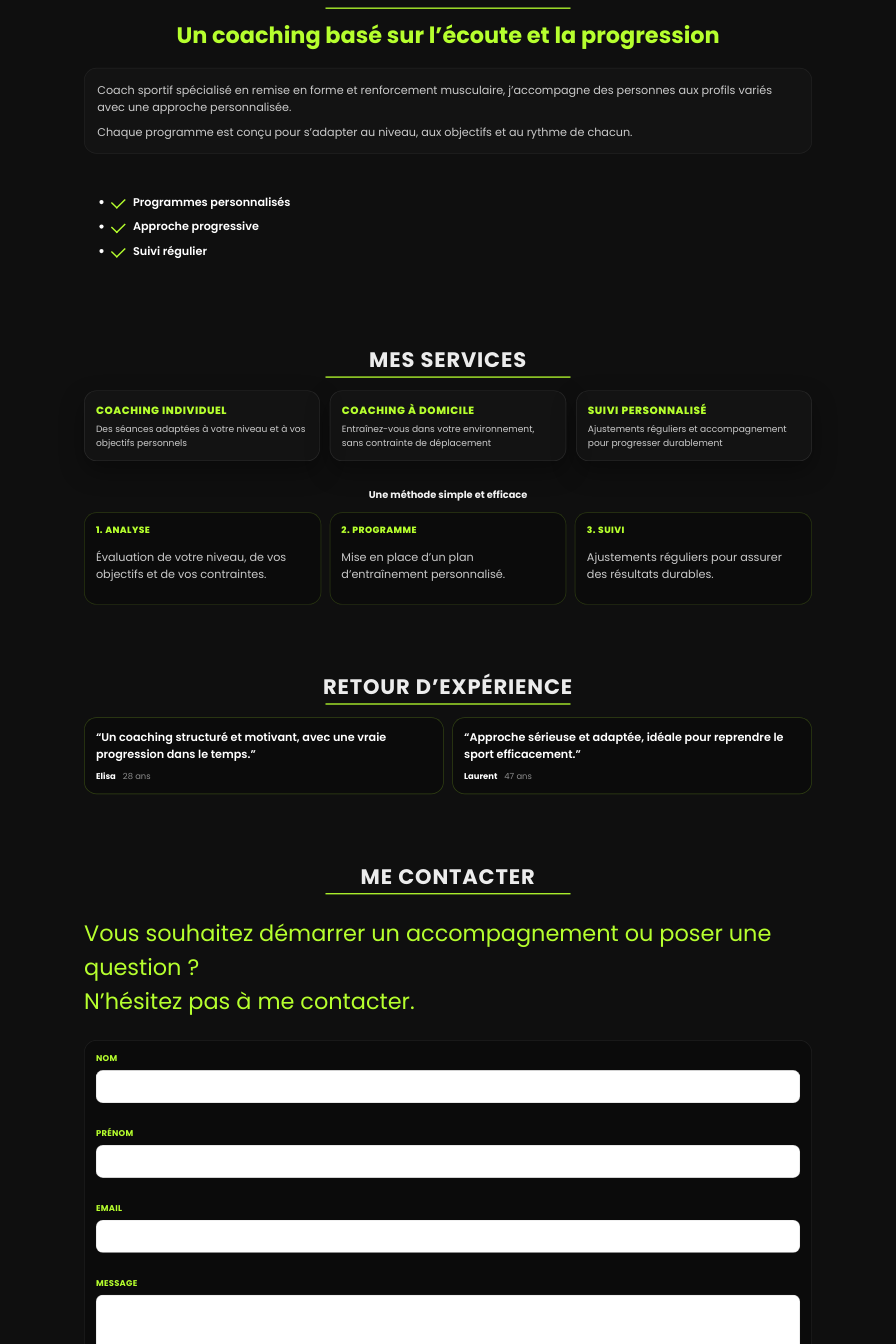
Repository: ThomasHdrd/CoachFitness
Page: index.html
An editor plug-in stored every save of this project. The page is shown before and after the next save, followed by the edit.
The browser window is 1280 px wide. The pictures show the part of the page from y = 584 to 2504 px (the page is 3280 px tall before and 3282 px after), at 70% of full size.

Above is the page before, as saved 2026-01-20 22:14:00.

### index.html
<!doctype html>
<html lang="fr">
<head>
  <meta charset="utf-8" />
  <meta name="viewport" content="width=device-width, initial-scale=1" />
  <title>Coach Fitness — Landing Page</title>

  <!-- Poppins -->
  <link rel="preconnect" href="https://fonts.googleapis.com">
  <link rel="preconnect" href="https://fonts.gstatic.com" crossorigin>
  <link href="https://fonts.googleapis.com/css2?family=Poppins:wght@300;400;500;600;700;800&display=swap" rel="stylesheet">

  <link rel="stylesheet" href="styles.css" />
</head>
<body>
  <!-- Header -->
  <header class="site-header" id="top">
    <div class="container header-inner">
      <a class="brand" href="#top" aria-label="Retour en haut">
        <span class="brand-dot" aria-hidden="true"></span>
        <span class="brand-text">Coach Fitness</span>
      </a>

      <button class="nav-toggle" aria-controls="site-nav" aria-expanded="false">
        <span class="sr-only">Ouvrir le menu</span>
        <span class="burger" aria-hidden="true"></span>
      </button>

      <nav class="site-nav" id="site-nav" aria-label="Navigation principale">
        <a class="nav-link" href="#accueil">Accueil</a>
        <a class="nav-link" href="#apropos">A propos</a>
        <a class="nav-link" href="#services">Services</a>
        <a class="nav-link" href="#avis">Avis</a>
        <a class="nav-link nav-cta" href="#contact">Contact</a>
      </nav>
    </div>
  </header>

  <main>
    <!-- HERO -->
    <section class="hero" id="accueil">
      <div class="hero-overlay" aria-hidden="true"></div>
      <div class="container hero-content">
        <p class="hero-kicker">Coaching sportif personnalisé</p>
        <h1 class="hero-title accent">Atteignez vos objectifs. Progressez durablement</h1>
        <p class="hero-subtitle">
          Un accompagnement sportif sur mesure, adapté à votre niveau et à votre rythme
        </p>
        <a class="btn btn-primary" href="#contact">RÉSERVER VITE VOTRE BILAN GRATUIT</a>
      </div>
    </section>

    <!-- A PROPOS -->
    <section class="section" id="apropos">
      <div class="container">
        <h2 class="section-title">A PROPOS DU COACH</h2>
        <h3 class="section-lead accent">Un coaching basé sur l’écoute et la progression</h3>

        <div class="about-grid">
          <div class="about-text">
            <p class="muted">
              Coach sportif spécialisé en remise en forme et renforcement musculaire, j’accompagne des personnes aux profils variés
              avec une approche personnalisée.
            </p>
            <p class="muted">
              Chaque programme est conçu pour s’adapter au niveau, aux objectifs et au rythme de chacun.
            </p>
          </div>
        </div>
        <div class="about-list">
            <ul class="checks">
                <li>Programmes personnalisés</li>
                <li>Approche progressive</li>
                <li>Suivi régulier</li>
            </ul>
        </div>
      </div>
    </section>

    <!-- SERVICES -->
    <section class="section" id="services">
      <div class="container">
        <h2 class="section-title">MES SERVICES</h2>

        <div class="cards">
          <article class="card">
            <h3 class="card-title accent">COACHING INDIVIDUEL</h3>
            <p class="card-text">Des séances adaptées à votre niveau et à vos objectifs personnels</p>
          </article>

          <article class="card">
            <h3 class="card-title accent">COACHING À DOMICILE</h3>
            <p class="card-text">Entraînez-vous dans votre environnement, sans contrainte de déplacement</p>
          </article>

          <article class="card">
            <h3 class="card-title accent">SUIVI PERSONNALISÉ</h3>
            <p class="card-text">Ajustements réguliers et accompagnement pour progresser durablement</p>
          </article>
        </div>

        <div class="method">
          <h3 class="method-title">Une méthode simple et efficace</h3>

          <div class="method-steps">
            <div class="step">
              <div class="step-num accent">1. ANALYSE</div>
              <p class="muted">Évaluation de votre niveau, de vos objectifs et de vos contraintes.</p>
            </div>
            <div class="step">
              <div class="step-num accent">2. PROGRAMME</div>
              <p class="muted">Mise en place d’un plan d’entraînement personnalisé.</p>
            </div>
            <div class="step">
              <div class="step-num accent">3. SUIVI</div>
              <p class="muted">Ajustements réguliers pour assurer des résultats durables.</p>
            </div>
          </div>
        </div>
      </div>
    </section>

    <!-- AVIS -->
    <section class="section" id="avis">
      <div class="container">
        <h2 class="section-title">RETOUR D’EXPÉRIENCE</h2>

        <div class="testimonials">
          <figure class="testimonial">
            <blockquote>
              “Un coaching structuré et motivant, avec une vraie progression dans le temps.”
            </blockquote>
            <figcaption>
              <span class="name">Elisa</span>
              <span class="meta">28 ans</span>
            </figcaption>
          </figure>

          <figure class="testimonial">
            <blockquote>
              “Approche sérieuse et adaptée, idéale pour reprendre le sport efficacement.”
            </blockquote>
            <figcaption>
              <span class="name">Laurent</span>
              <span class="meta">47 ans</span>
            </figcaption>
          </figure>
        </div>
      </div>
    </section>

    <!-- CONTACT -->
    <section class="section" id="contact">
      <div class="container">
        <h2 class="section-title">ME CONTACTER</h2>
        <p class="contact-lead accent">
          Vous souhaitez démarrer un accompagnement ou poser une question ?<br />
          N’hésitez pas à me contacter.
        </p>

        <form class="form" id="contactForm" novalidate>
          <div class="field">
            <label for="nom">Nom</label>
            <input id="nom" name="nom" type="text" autocomplete="family-name" required />
            <small class="error" data-error-for="nom"></small>
          </div>

          <div class="field">
            <label for="prenom">Prénom</label>
            <input id="prenom" name="prenom" type="text" autocomplete="given-name" required />
            <small class="error" data-error-for="prenom"></small>
          </div>

          <div class="field">
            <label for="email">Email</label>
            <input id="email" name="email" type="email" autocomplete="email" required />
            <small class="error" data-error-for="email"></small>
          </div>

          <div class="field">
            <label for="message">Message</label>
            <textarea id="message" name="message" rows="5" required></textarea>
            <small class="error" data-error-for="message"></small>
          </div>

          <button class="btn btn-primary btn-wide" type="submit">ENVOYER</button>
          <p class="form-note muted" id="formStatus" role="status" aria-live="polite"></p>
        </form>
      </div>
    </section>

    <!-- FAQ -->
    <section class="section" id="faq">
      <div class="container">
        <h2 class="section-title">QUESTIONS FRÉQUENTES</h2>

        <div class="faq">
          <details class="faq-item" open>
            <summary>À qui s’adresse le coaching ?</summary>
            <div class="faq-body muted">
              Le coaching s’adresse à toute personne souhaitant reprendre le sport, améliorer sa condition physique ou atteindre un objectif précis
              (remise en forme, renforcement musculaire, perte de poids, bien-être). Les programmes sont adaptés au niveau, au rythme et aux contraintes de chacun.
            </div>
          </details>

          <details class="faq-item">
            <summary>Faut-il déjà être sportif pour commencer ?</summary>
            <div class="faq-body muted">
              Non. Le coaching s’adapte à votre niveau actuel. La progression est construite étape par étape, avec une intensité ajustée.
            </div>
          </details>

          <details class="faq-item">
            <summary>Comment se déroule le suivi ?</summary>
            <div class="faq-body muted">
              Après une analyse de votre situation, un programme personnalisé est mis en place puis ajusté régulièrement selon vos retours et votre progression.
            </div>
          </details>

          <details class="faq-item">
            <summary>Le coaching se fait-il à domicile ou en salle ?</summary>
            <div class="faq-body muted">
              Les deux sont possibles. Le format dépend de vos préférences, de votre matériel et de vos contraintes de planning.
            </div>
          </details>

          <details class="faq-item">
            <summary>Le premier échange est-il gratuit ?</summary>
            <div class="faq-body muted">
              Oui. Le premier échange permet de comprendre votre besoin et de déterminer l’accompagnement le plus adapté, sans engagement.
            </div>
          </details>
        </div>
      </div>
    </section>
  </main>

  <!-- Footer -->
  <footer class="site-footer">
    <div class="container footer-inner">
      <p class="footer-tag muted">Coaching personnalisé • Progression durable • Bien-être</p>
      <p class="footer-copy muted">© 2026 Coach Sportif Indépendant • Tous droits réservés.</p>
    </div>
  </footer>

  <script src="app.js" defer></script>
</body>
</html>

### styles.css
:root{
  --bg: #0F0F0F;            /* demandé */
  --bar: rgba(0,0,0,.90);   /* header/footer */
  --accent: #B6FF2E;        /* demandé */
  --text: #FFFFFF;
  --muted: rgba(255,255,255,.78);
  --muted2: rgba(255,255,255,.62);
  --line: rgba(182,255,46,.38);
  --card: rgba(255,255,255,.04);
  --shadow: 0 16px 40px rgba(0,0,0,.45);
  --radius: 14px;
  --radius-lg: 18px;
  --max: 1040px;
}

*{ box-sizing: border-box; }
html{ scroll-behavior: smooth; }
body{
  margin:0;
  font-family: "Poppins", system-ui, -apple-system, Segoe UI, Roboto, Arial, sans-serif;
  background: var(--bg);
  color: var(--text);
}

.container{
  width:min(100% - 40px, var(--max));
  margin-inline:auto;
}

.sr-only{
  position:absolute;
  width:1px;height:1px;
  padding:0;margin:-1px;
  overflow:hidden;clip:rect(0,0,0,0);
  white-space:nowrap;border:0;
}

/* Header */
.site-header{
  position: sticky;
  top: 0;
  z-index: 50;
  background: var(--bar);
  backdrop-filter: blur(8px);
  border-bottom: 1px solid rgba(255,255,255,.06);
}

.header-inner{
  height: 64px;
  display:flex;
  align-items:center;
  justify-content:space-between;
  gap: 14px;
}

.brand{
  display:flex;
  align-items:center;
  gap:10px;
  text-decoration:none;
  color: var(--text);
  font-weight: 700;
  letter-spacing:.3px;
}
.brand-dot{
  width:10px;height:10px;
  border-radius:999px;
  background: var(--accent);
  box-shadow: 0 0 0 6px rgba(182,255,46,.12);
}
.brand-text{ font-size: 14px; opacity:.95; }

.site-nav{
  display:flex;
  align-items:center;
  gap: 18px;
}
.nav-link{
  color: var(--text);
  text-decoration:none;
  font-size: 13px;
  opacity: .88;
  transition: opacity .2s ease, color .2s ease;
  padding: 10px 6px;
}
.nav-link:hover{ opacity:1; color: var(--accent); }

.nav-cta{
  border: 1px solid rgba(182,255,46,.45);
  border-radius: 999px;
  padding: 10px 14px;
}
.nav-cta:hover{
  background: rgba(182,255,46,.10);
}

/* Mobile nav */
.nav-toggle{
  display:none;
  border:0;
  background: transparent;
  color: var(--text);
  padding: 10px;
  border-radius: 10px;
}
.nav-toggle:hover{ background: rgba(255,255,255,.06); }
.burger{
  width: 22px; height: 2px;
  display:block;
  background: var(--text);
  position: relative;
}
.burger::before,.burger::after{
  content:"";
  position:absolute;
  left:0;
  width:22px;height:2px;
  background: var(--text);
}
.burger::before{ top:-7px; }
.burger::after{ top:7px; }

/* Hero */
.hero{
  position: relative;
  min-height: 50vh;
  display:flex;
  align-items:center;
  padding: 52px 0;
  background:
    linear-gradient(180deg, rgba(0,0,0,.55), rgba(0,0,0,.88)),
    url("assets/hero.jpg") center/cover no-repeat;
  background-position: center 30%;
}
.hero-overlay{
  position:absolute;
  inset:0;
  background: radial-gradient(1200px 600px at 50% 25%, rgba(182,255,46,.10), transparent 60%);
  pointer-events:none;
}
.hero-content{
  position:relative;
  text-align:center;
}
.hero-kicker{
  margin:0 0 10px;
  font-size: 56px;
  max-width: fit-content;
  letter-spacing: .6px;
  text-transform: uppercase;
  font-weight: bold;
}
.hero-title{
  margin: 0 auto;
  font-size: 40px;
  max-width: fit-content;
  margin:0 0 10px;
}
.hero-title .accent{
  display:block;
  color: var(--accent);
  font-weight: 800;
  text-transform:none;
  margin-top: 8px;
  max-width: fit-content;
}
.hero-subtitle{
  margin: 16px auto 22px;
  padding-top: 30px;
  color: var(--muted);
  font-size: 25px;
  line-height: 1.55;
  padding-bottom: 30px;
}

/* Buttons */
.btn{
  display:inline-flex;
  align-items:center;
  justify-content:center;
  gap:10px;
  text-decoration:none;
  border: 0;
  cursor:pointer;
  font-weight: 700;
  letter-spacing: .6px;
  text-transform: uppercase;
  border-radius: 999px;
  padding: 14px 18px;
  box-shadow: var(--shadow);
}
.btn-primary{
  background: var(--accent);
  color: #0A0A0A;
  width: 100%;
}
.btn-primary:hover{
  background: transparent;
  border: 1px solid var(--accent);
  color: var(--accent);
  filter: brightness(.95);
}
.btn-wide{ width: 100%; margin-top: 10px; }

/* Sections */
.section{
  padding: 48px 0;
}
.section-title{
  text-align:center;
  margin: 0 0 14px;
  font-size: 30px;
  letter-spacing: 1.2px;
  text-transform: uppercase;
  opacity: .92;
}
.section-title::after {
    content: "";
    display: block;
    width: 350px;
    height: 2px;
    background-color: var(--accent);
    margin: 0 auto 0;
}
.section-lead{
  text-align:center;
  margin: 0 0 22px;
  font-size: 25px;
  font-weight: 700;
}
.accent{ color: var(--accent); font-size: 32px;}
.muted{ color: var(--muted); }
.muted2{ color: var(--muted2); }

/* About */
.about-grid{
  gap: 18px;
  align-items:start;
}
.about-text{
  background: rgba(255,255,255,.02);
  border: 1px solid rgba(255,255,255,.06);
  border-radius: var(--radius-lg);
  padding: 18px;
  margin-bottom: 30px;
}
.about-text p{ margin: 0 0 10px; }
.about-text p:last-child{ margin-bottom: 0; }

.about-list{
  display: grid;
  grid-template-columns: repeat(2, 1fr);
  gap: 18px;
  margin-top: 10px;
}
.checks li{
  position: relative;
  padding-left: 30px;
  margin: 10px 0;
  font-weight: 600;
}
.checks li::before{
  content:"";
  position:absolute;
  left:0; top: 6px;
  width: 16px; height: 10px;
  border-left: 2px solid var(--accent);
  border-bottom: 2px solid var(--accent);
  transform: rotate(-45deg);
}

/* Cards */
.cards{
  display:grid;
  gap: 14px;
  margin-top: 18px;
}
.card{
  background: rgba(255,255,255,.02);
  border: 1px solid rgba(255,255,255,.10);
  border-radius: var(--radius-lg);
  padding: 16px 16px 14px;
  box-shadow: 0 14px 34px rgba(0,0,0,.35);
}
.card-title{
  margin:0 0 6px;
  font-size: 15px;
  font-weight: 800;
  text-transform: uppercase;
  letter-spacing: .8px;
}
.card-text{
  margin:0;
  color: var(--muted);
  font-size: 13px;
  line-height: 1.55;
}

/* Method */
.method{
  margin-top: 26px;
  padding-top: 12px;
}
.method-title{
  text-align:center;
  margin: 0 0 14px;
  font-size: 14px;
  font-weight: 700;
  opacity: .95;
}
.method-steps{
  display:grid;
  gap: 12px;
}
.step{
  border: 1px solid rgba(182,255,46,.18);
  background: rgba(0,0,0,.25);
  border-radius: var(--radius-lg);
  padding: 14px 16px;
}
.step-num{
  font-weight: 800;
  letter-spacing: .6px;
  text-transform: uppercase;
  font-size: 13px;
  margin-bottom: 6px;
}

/* Testimonials */
.testimonials{
  display:grid;
  gap: 12px;
  margin-top: 18px;
}
.testimonial{
  margin:0;
  border: 1px solid rgba(182,255,46,.22);
  background: rgba(0,0,0,.25);
  border-radius: var(--radius-lg);
  padding: 16px;
}
.testimonial blockquote{
  margin:0 0 10px;
  color: var(--text);
  font-weight: 600;
  line-height: 1.5;
}
.testimonial figcaption{
  display:flex;
  gap: 10px;
  align-items:baseline;
  color: var(--muted2);
  font-size: 12px;
}
.testimonial .name{ color: var(--text); font-weight: 700; }
.testimonial .meta{ opacity:.85; }

/* Form */
.form{
  margin-top: 18px;
  border-radius: var(--radius-lg);
  border: 1px solid rgba(255,255,255,.08);
  background: rgba(0,0,0,.25);
  padding: 16px;
}
.field{ margin-bottom: 12px; }
label{
  display:block;
  font-size: 12px;
  font-weight: 700;
  letter-spacing: .4px;
  margin-bottom: 8px;
  color: var(--accent);
  text-transform: uppercase;
}
input, textarea{
  width:100%;
  font-family: inherit;
  font-size: 14px;
  color: #0A0A0A;
  background: #FFFFFF;
  border: 1px solid rgba(0,0,0,.12);
  border-radius: 10px;
  padding: 12px 12px;
  outline: none;
}
textarea{ resize: vertical; min-height: 110px; }
input:focus, textarea:focus{
  box-shadow: 0 0 0 4px rgba(182,255,46,.20);
  border-color: rgba(182,255,46,.55);
}
.error{
  display:block;
  min-height: 16px;
  margin-top: 6px;
  font-size: 12px;
  color: #FF6B6B;
}
.form-note{
  margin: 10px 0 0;
  font-size: 12px;
}

/* FAQ */
.faq{
  margin-top: 18px;
  border-radius: var(--radius-lg);
  overflow:hidden;
  border: 1px solid rgba(182,255,46,.16);
  background: rgba(0,0,0,.25);
}
.faq-item{
  border-top: 1px solid rgba(182,255,46,.12);
}
.faq-item:first-child{ border-top: 0; }
.faq-item summary{
  list-style:none;
  cursor:pointer;
  padding: 14px 16px;
  font-weight: 700;
  font-size: 13px;
  position: relative;
}
.faq-item summary::-webkit-details-marker{ display:none; }
.faq-item summary::after{
  content:"+";
  position:absolute;
  right: 16px;
  top: 10px;
  width: 28px; height: 28px;
  display:grid;
  place-items:center;
  border-radius: 999px;
  color: var(--accent);
  border: 1px solid rgba(182,255,46,.28);
  background: rgba(182,255,46,.08);
}
.faq-item[open] summary::after{ content:"–"; }
.faq-body{
  padding: 0 16px 16px;
  font-size: 13px;
  line-height: 1.6;
}

/* Footer */
.site-footer{
  background: var(--bar);
  border-top: 1px solid rgba(255,255,255,.06);
  padding: 18px 0;
}
.footer-inner{
  text-align:center;
  display:grid;
  gap: 8px;
}
.footer-tag, .footer-copy{
  margin:0;
  font-size: 12px;
}

/* Responsive */
@media (min-width: 820px){
  .hero-content{ text-align:center; }
  .about-grid{
    grid-template-columns: 1.2fr .8fr;
    gap: 18px;
  }
  .cards{
    grid-template-columns: repeat(3, 1fr);
  }
  .method-steps{
    grid-template-columns: repeat(3, 1fr);
  }
  .testimonials{
    grid-template-columns: repeat(2, 1fr);
  }
}

/* Mobile nav behavior */
@media (max-width: 760px){
  .nav-toggle{ display:inline-flex; }
  .site-nav{
    position: fixed;
    inset: 64px 12px auto 12px;
    background: rgba(0,0,0,.95);
    border: 1px solid rgba(255,255,255,.08);
    border-radius: 16px;
    padding: 12px;
    display:none;
    flex-direction: column;
    gap: 6px;
    box-shadow: 0 18px 50px rgba(0,0,0,.6);
  }
  .site-nav.is-open{ display:flex; }
  .nav-link{ width:100%; text-align:center; padding: 12px; }
  .nav-cta{ width:100%; }
}

### app.js
// Mobile menu toggle
const toggle = document.querySelector('.nav-toggle');
const nav = document.querySelector('#site-nav');

if (toggle && nav) {
  toggle.addEventListener('click', () => {
    const isOpen = nav.classList.toggle('is-open');
    toggle.setAttribute('aria-expanded', String(isOpen));
  });

  // Close menu on link click (mobile)
  nav.querySelectorAll('a').forEach(a => {
    a.addEventListener('click', () => {
      nav.classList.remove('is-open');
      toggle.setAttribute('aria-expanded', 'false');
    });
  });

  // Close on ESC
  document.addEventListener('keydown', (e) => {
    if (e.key === 'Escape') {
      nav.classList.remove('is-open');
      toggle.setAttribute('aria-expanded', 'false');
    }
  });
}

// FAQ: allow only one open at a time (optional premium behavior)
const faqItems = document.querySelectorAll('.faq-item');
faqItems.forEach((item) => {
  item.addEventListener('toggle', () => {
    if (item.open) {
      faqItems.forEach((other) => {
        if (other !== item) other.open = false;
      });
    }
  });
});

// Contact form validation (front only, demo)
const form = document.getElementById('contactForm');
const statusEl = document.getElementById('formStatus');

function setError(name, message) {
  const el = document.querySelector(`[data-error-for="${name}"]`);
  if (el) el.textContent = message || '';
}

function isEmail(v) {
  return /^[^\s@]+@[^\s@]+\.[^\s@]+$/.test(v);
}

if (form) {
  form.addEventListener('submit', (e) => {
    e.preventDefault();

    const data = new FormData(form);
    const nom = String(data.get('nom') || '').trim();
    const prenom = String(data.get('prenom') || '').trim();
    const email = String(data.get('email') || '').trim();
    const message = String(data.get('message') || '').trim();

    let ok = true;

    setError('nom', '');
    setError('prenom', '');
    setError('email', '');
    setError('message', '');
    if (statusEl) statusEl.textContent = '';

    if (!nom) { setError('nom', 'Veuillez renseigner votre nom.'); ok = false; }
    if (!prenom) { setError('prenom', 'Veuillez renseigner votre prénom.'); ok = false; }
    if (!email || !isEmail(email)) { setError('email', 'Veuillez renseigner un email valide.'); ok = false; }
    if (!message || message.length < 10) { setError('message', 'Veuillez écrire un message (min. 10 caractères).'); ok = false; }

    if (!ok) return;

    // Demo success
    form.reset();
    if (statusEl) statusEl.textContent = "Message envoyé (démo). Je reviens vers vous au plus vite.";
  });
}

After the next save:
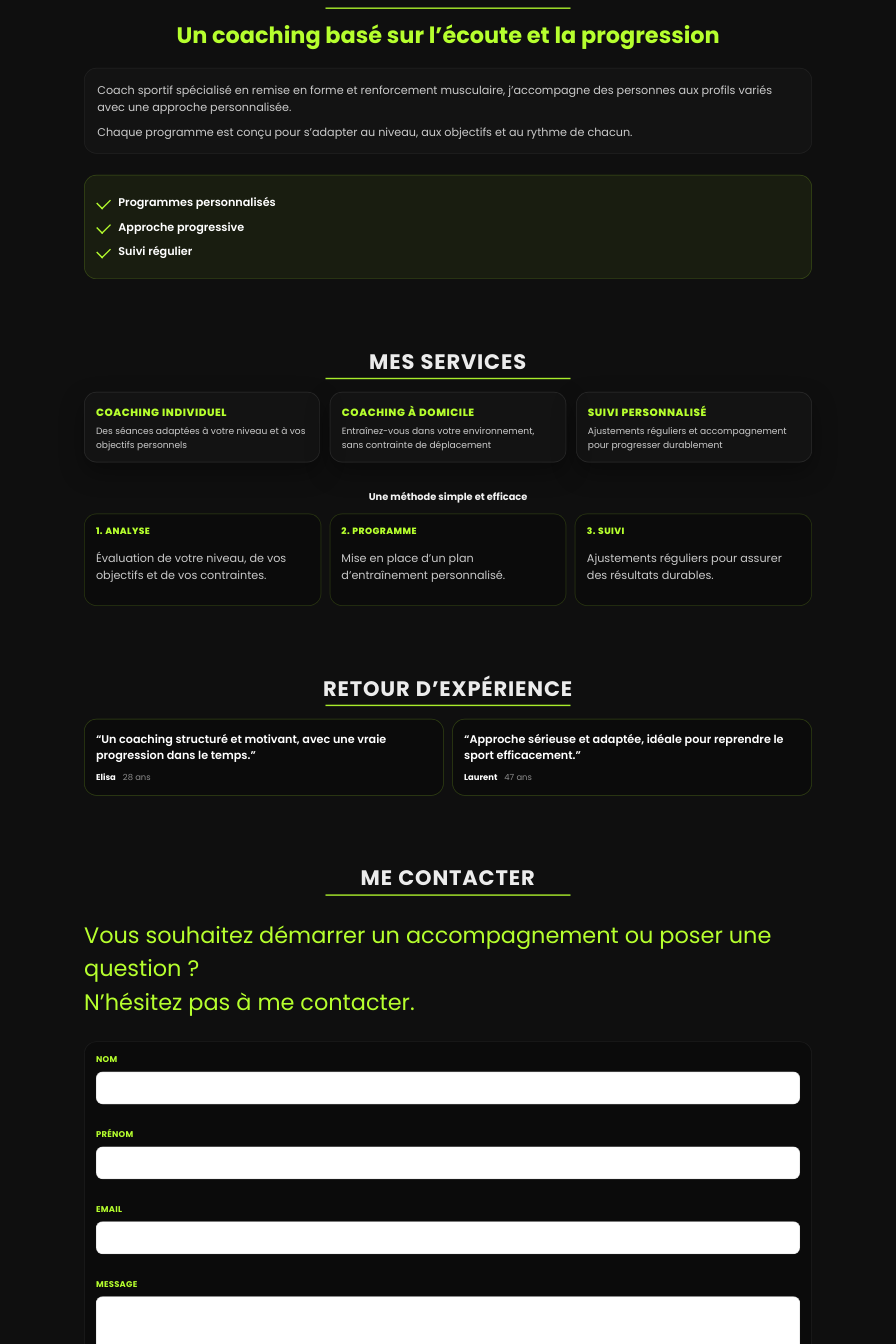
Saved 8 s later.
--- a/styles.css
+++ b/styles.css
@@ -247,11 +247,13 @@ body{
 .about-text p{ margin: 0 0 10px; }
 .about-text p:last-child{ margin-bottom: 0; }
 
-.about-list{
-  display: grid;
-  grid-template-columns: repeat(2, 1fr);
-  gap: 18px;
-  margin-top: 10px;
+.checks{
+  list-style:none;
+  margin:0;
+  padding: 16px 18px;
+  border-radius: var(--radius-lg);
+  border: 1px solid rgba(182,255,46,.20);
+  background: rgba(182,255,46,.06);
 }
 .checks li{
   position: relative;
